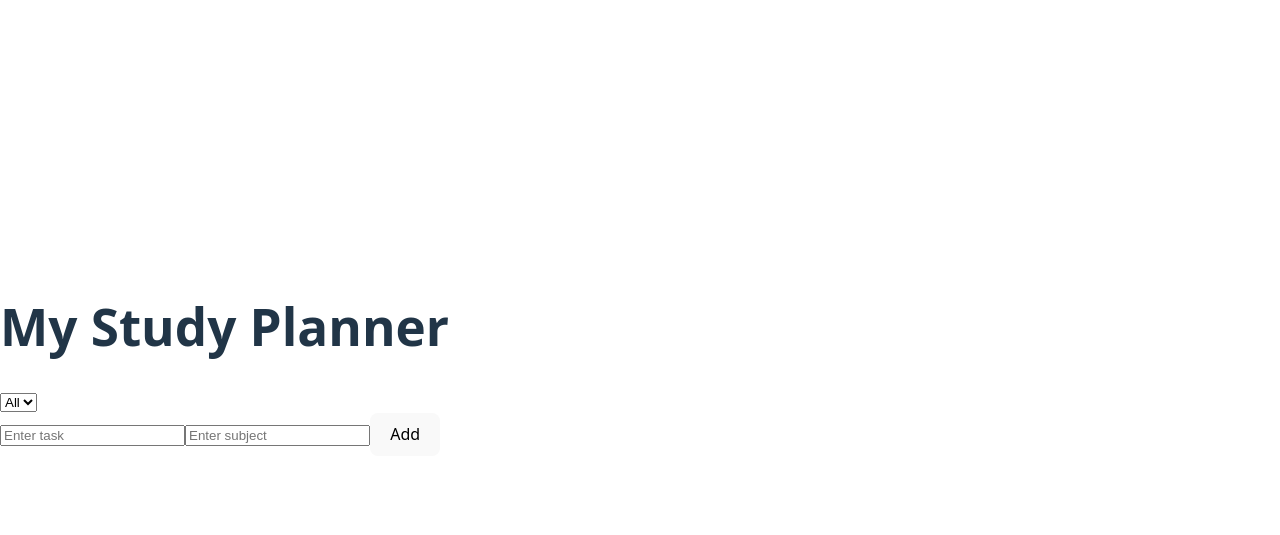
Repository: Reno-mathews/Study-Planner-MERN
Page: / (app in client/)
An editor plug-in stored every save of this project. The page is shown before and after the next save, followed by the edit.
The browser window is 1280 px wide. The pictures show the whole page.
The page's requests for data from a server got no answer. The project was rebuilt for these pictures with package versions that can differ from the ones it lists, and the page was loaded fresh each time. No one was signed in, and anything a server would have sent is missing. Also part of the build but not shown: client/vite.config.js.

Above is the page before, as saved 2026-01-14 17:25:37.

After the next save:
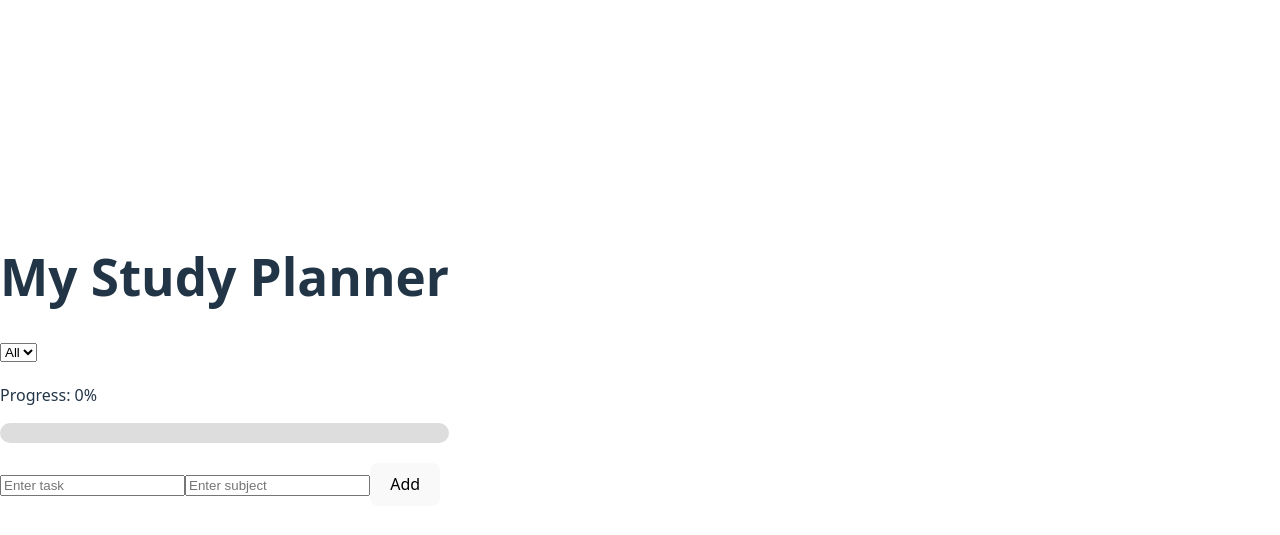
Saved 3 min 50 s later.
--- a/client/src/App.jsx
+++ b/client/src/App.jsx
@@ -84,6 +84,21 @@ function App() {
         ))}
       </select>
 
+      <div style={{ margin: "20px 0"}}>
+        <p>Progress: {progress}%</p>
+        <div style={{ width: "100%", background: "#ddd", height: "20px", borderRadius: "10px"}}>
+          <div
+            style={{
+                width: `${progress}%`,
+                background: "green",
+                height: "100%",
+                borderRadius: "10px",
+                transition: "width 0.3s ease",
+            }}
+        ></div>
+        </div>
+      </div>
+
       <form onSubmit={addTask}>
         <input
           type="text"
